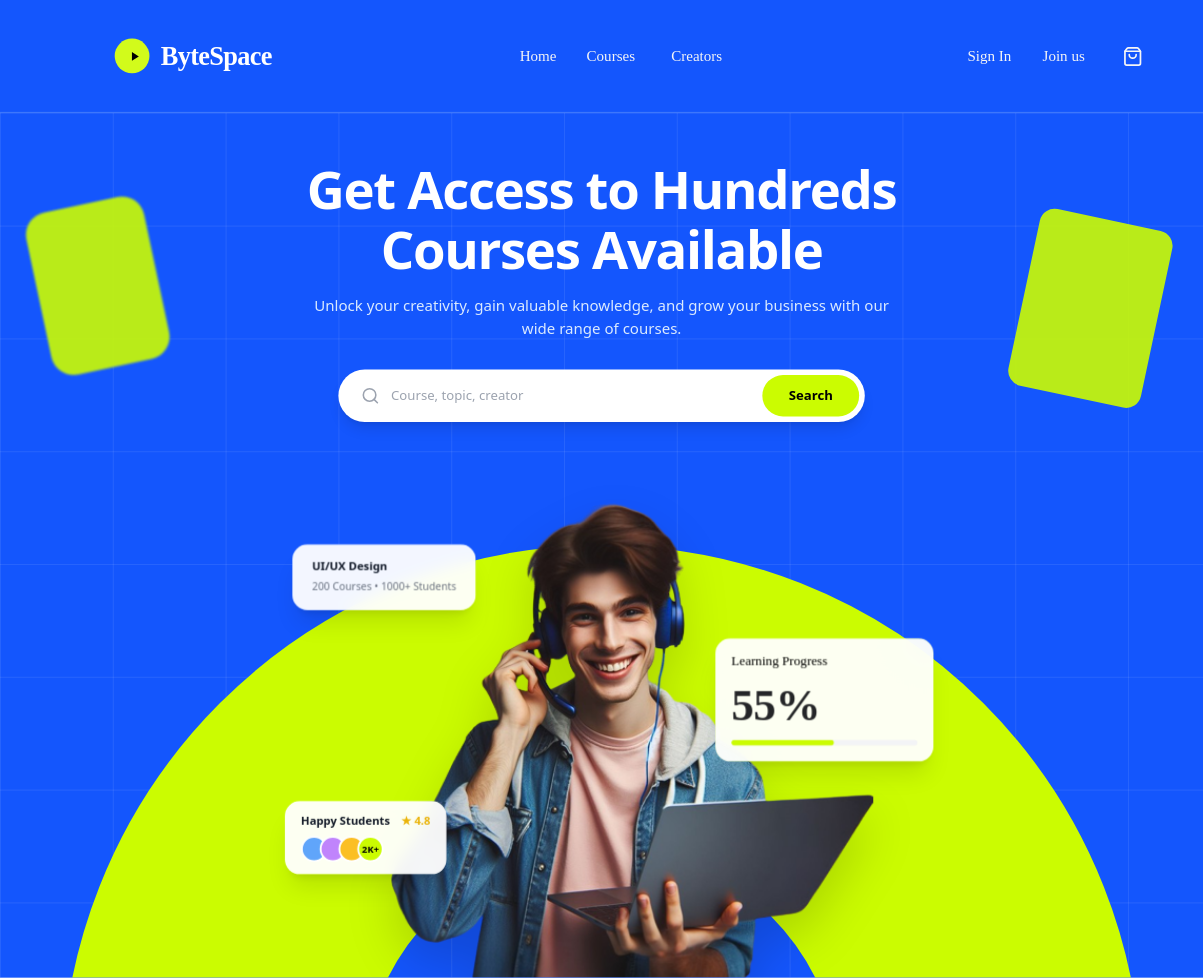
Repository: mdkawsarjomadder/bytespace
Page: /
The author's editor kept a copy of each file at every save. The page is drawn from the files as they stood at one save, then again after the next save.
The browser window is 1280 px wide. The pictures show the whole page, at 94% of full size.
Some web fonts or font styles are not loaded; a fallback is used. The project was rebuilt for these pictures with package versions that can differ from the ones it lists, and the page was loaded fresh each time. Also part of the build but not shown: vite.config.js.

Above is the page before, as saved 2026-09-29 18:49:02.

### index.html
<!doctype html>
<html lang="en">
  <head>
    <meta charset="UTF-8" />
    <link rel="icon" type="image/svg+xml" href="/favicon.svg" />
    <meta name="viewport" content="width=device-width, initial-scale=1.0" />
    <title>bytespace</title>
  </head>
  <body>
    <div id="root"></div>
    <script type="module" src="/src/main.jsx"></script>
    <link href="https://api.fontshare.com/v2/css?f[]=satoshi@400,500,700&display=swap" rel="stylesheet">
  </body>
</html>

### src/App.jsx
import React from 'react';
import Navbar from './components/Navbar';
import Hero from './components/Hero';

function App() {
  return (
    <div className="min-h-screen bg-gray-50 font-sans">
      <Navbar />
      <Hero />
    </div>
  );
}

export default App;

### src/components/Navbar.jsx
import React from 'react';
import { ShoppingBag } from 'lucide-react';

const Navbar = () => {
  return (
    <header className="w-full h-[120px] bg-[#1456fd] border-b border-blue-400/20 pl-[122px] pr-16 flex items-center justify-between relative z-50">
      {/* 1. Brand Logo (Figma Specs: 171px x 37px) */}
      <div
        className="w-[171px] h-[37px] flex items-center gap-3 cursor-pointer select-none"
        style={{ opacity: 1 }}
      >
        {/* Play Icon Logo */}
        <div className="w-[37px] h-[37px] rounded-full bg-[#d2fb1b] flex items-center justify-center shrink-0">
          <svg
            className="w-4 h-4 text-black fill-current translate-x-0.5"
            viewBox="0 0 24 24"
          >
            <path d="M8 5v14l11-7z" />
          </svg>
        </div>
        {/* Logo Text */}
        <span className="text-[28px] font-bold tracking-tight text-white leading-none font-['Satoshi']">
          ByteSpace
        </span>
      </div>

      {/* 2. Navigation Links */}
      <nav className="hidden md:flex items-center gap-8 font-['Satoshi']">
        <a
          href="#home"
          className="text-[#F5F5F6] text-[16px] leading-[160%] font-normal hover:text-[#d2fb1b] transition-colors"
        >
          Home
        </a>
        <a
          href="#courses"
          className="w-[58px] h-[26px] flex items-center text-[#F5F5F6] text-[16px] leading-[160%] font-normal hover:text-[#d2fb1b] transition-colors"
          style={{ opacity: 1 }}
        >
          Courses
        </a>
        <a
          href="#creators"
          className="text-[#F5F5F6] text-[16px] leading-[160%] font-normal hover:text-[#d2fb1b] transition-colors"
        >
          Creators
        </a>
      </nav>

      {/* 3. Action Buttons & Cart */}
      <div className="flex items-center gap-6 font-['Satoshi']">
        <button
          className="w-[49px] h-[24px] flex items-center justify-center text-[#F5F5F6] text-[16px] leading-[24px] font-normal hover:text-white/80 transition-colors"
          style={{ opacity: 1 }}
        >
          Sign In
        </button>
        <button
          className="h-[24px] px-2 flex items-center justify-center text-[#F5F5F6] text-[16px] leading-[24px] font-normal hover:text-white/80 transition-colors"
          style={{ opacity: 1 }}
        >
          Join us
        </button>
        <button className="text-[#F5F5F6] hover:text-[#d2fb1b] transition-colors flex items-center justify-center ml-2">
          <ShoppingBag size={22} strokeWidth={2} />
        </button>
      </div>
    </header>
  );
};

export default Navbar;

### src/components/Hero.jsx
import React from 'react';
import { Search } from 'lucide-react';
import One1 from '../assets/01.png';

const Hero = () => {
  return (
    <section className="relative w-full bg-[#1456fd] overflow-hidden pt-12 pb-0 text-white flex flex-col items-center justify-between min-h-[920px]">
      {/* 1. Background Grid Pattern */}
      <div className="absolute inset-0 bg-[linear-gradient(to_right,#ffffff15_1px,transparent_1px),linear-gradient(to_bottom,#ffffff15_1px,transparent_1px)] bg-[size:120px_120px] pointer-events-none" />

      {/* 2. Ellipse 7 Background Ring */}
      <div
        className="absolute rounded-full pointer-events-none z-0"
        style={{
          width: '1149px',
          height: '1149px',
          top: '460px',
          left: '50%',
          transform: 'translateX(-50%)',
          border: '320px solid #CBFC01',
          boxSizing: 'border-box',
        }}
      />

      {/* 3. Decorative 3D Elements */}
      <div className="absolute left-10 top-24 w-32 h-44 bg-[#CBFC01] rounded-3xl opacity-90 blur-[1px] transform -rotate-12 pointer-events-none hidden lg:block" />
      <div className="absolute right-12 top-28 w-36 h-48 bg-[#CBFC01] rounded-2xl opacity-90 transform rotate-12 pointer-events-none hidden lg:block" />

      {/* 4. Top Area: Title + Subtitle + Search Bar */}
      <div className="relative z-10 w-full max-w-[1200px] mx-auto px-4 flex flex-col items-center text-center">
        <h1 className="text-4xl md:text-[56px] font-bold tracking-tight text-white leading-[1.15] max-w-[900px]">
          Get Access to Hundreds <br /> Courses Available
        </h1>

        <p className="mt-4 text-sm md:text-base text-blue-100 max-w-[650px] font-normal leading-relaxed">
          Unlock your creativity, gain valuable knowledge, and grow your business with our wide range of courses.
        </p>

        {/* Search Bar */}
        <div className="mt-8 w-full max-w-[560px] bg-white rounded-full p-1.5 pl-6 flex items-center shadow-lg justify-between gap-3">
          <div className="flex items-center gap-3 w-full">
            <Search className="w-5 h-5 text-gray-400 shrink-0" />
            <input
              type="text"
              placeholder="Course, topic, creator"
              className="w-full bg-transparent text-gray-800 placeholder-gray-400 focus:outline-none text-sm font-medium"
            />
          </div>
          <button className="bg-[#CBFC01] hover:bg-[#b5e200] text-black font-semibold text-sm px-7 py-3 rounded-full transition-all duration-200 shrink-0 cursor-pointer">
            Search
          </button>
        </div>
      </div>

      {/* 5. Hero Visual Area */}
      <div className="relative w-full max-w-[578px] h-[541px] flex justify-center items-end z-10 mt-auto">

        {/* Main Student Image */}
        <img
          src={One1}
          alt="Student Learning"
          className="w-[578px] h-[541px] object-contain block select-none pointer-events-none drop-shadow-2xl"
        />

        {/* Floating Card: UI/UX Design (Top Left) */}
        <div className="absolute -left-10 top-[80px] z-20 bg-white/95 backdrop-blur text-black p-3.5 px-5 rounded-2xl shadow-xl border border-white/20">
          <span className="text-xs font-bold text-gray-900 block">UI/UX Design</span>
          <span className="text-[11px] text-gray-500 font-medium">200 Courses • 1000+ Students</span>
        </div>

        {/*Learning Progress And 55 */}
        <div className="absolute -right-16 top-[180px] z-20 w-[232px] h-[131px] p-4 rounded-[16px] bg-white/95 backdrop-blur-[20px] shadow-xl flex flex-col justify-between border border-white/20">
          <span className="font-['Satoshi'] font-medium text-[14px] leading-[120%] tracking-[0%] text-black">
            Learning Progress
          </span>

          <span className="w-[96px] h-[58px] font-['Poppins'] font-semibold text-[48px] leading-[120%] tracking-[-0.01em] text-[#242528] flex items-center">
            55%
          </span>

          <div className="w-full bg-gray-100 h-1.5 rounded-full overflow-hidden">
            <div className="bg-[#CBFC01] h-full w-[55%] rounded-full" />
          </div>
        </div>

        {/* Floating Card: Happy Students (Bottom Left) */}
        <div className="absolute -left-12 bottom-[110px] z-20 bg-white/95 backdrop-blur text-black p-3 px-4 rounded-2xl shadow-xl border border-white/25">
          <div className="flex items-center justify-between gap-3 mb-2">
            <span className="text-xs font-bold text-gray-900">Happy Students</span>
            <span className="text-xs font-semibold text-yellow-500">★ 4.8</span>
          </div>
          <div className="flex items-center -space-x-2">
            <div className="w-7 h-7 rounded-full bg-blue-400 border-2 border-white"></div>
            <div className="w-7 h-7 rounded-full bg-purple-400 border-2 border-white"></div>
            <div className="w-7 h-7 rounded-full bg-amber-400 border-2 border-white"></div>
            <div className="w-7 h-7 rounded-full bg-[#CBFC01] border-2 border-white flex items-center justify-center text-[10px] font-bold text-black">
              2K+
            </div>
          </div>
        </div>

      </div>
    </section>
  );
};

export default Hero;

Loaded but not shown: src/main.jsx (common file); src/index.css (common file); tailwind.config.js (common file)

After the next save:
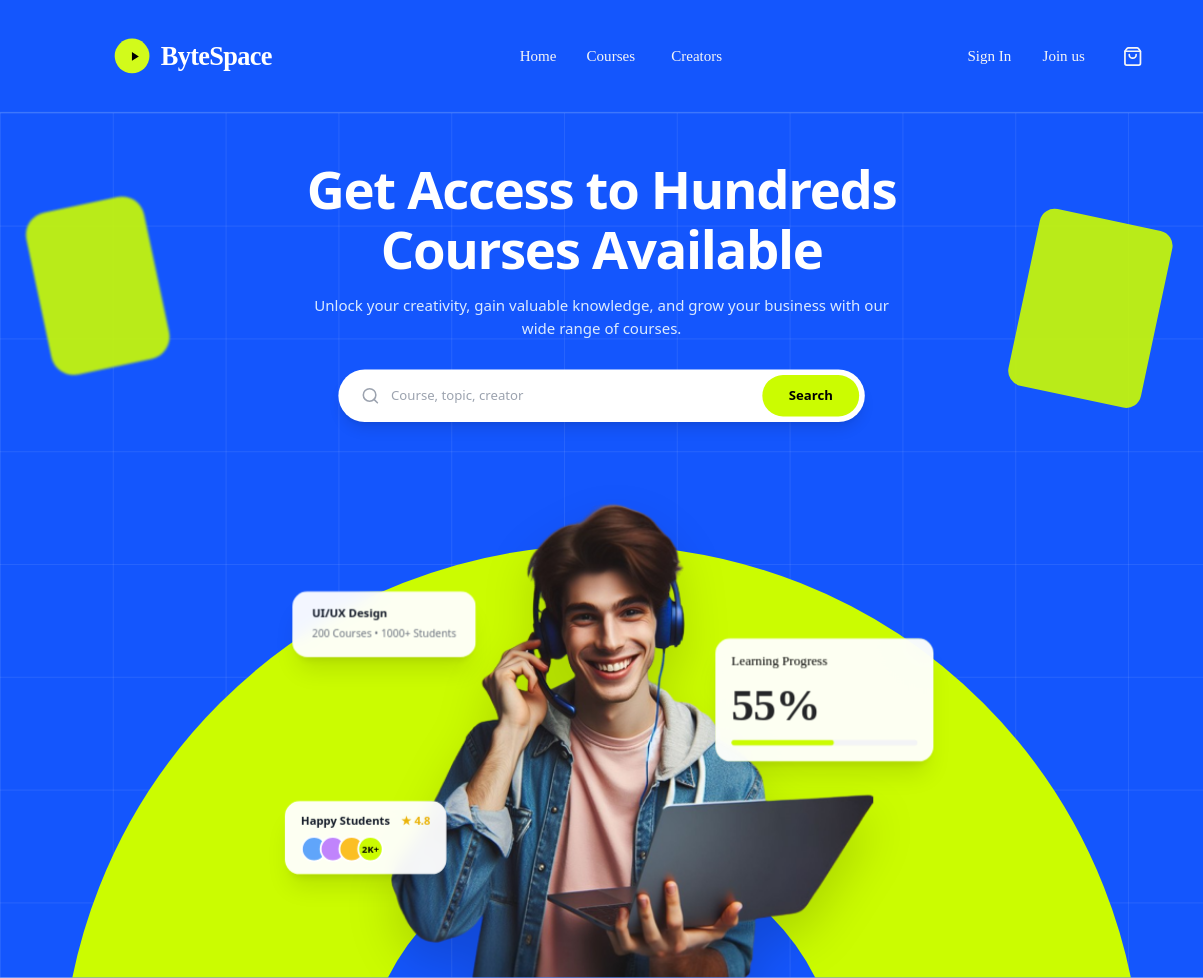
Saved 7 s later.
--- a/src/components/Hero.jsx
+++ b/src/components/Hero.jsx
@@ -63,7 +63,7 @@ const Hero = () => {
         />
 
         {/* Floating Card: UI/UX Design (Top Left) */}
-        <div className="absolute -left-10 top-[80px] z-20 bg-white/95 backdrop-blur text-black p-3.5 px-5 rounded-2xl shadow-xl border border-white/20">
+        <div className="absolute -left-10 top-[130px] z-20 bg-white/95 backdrop-blur text-black p-3.5 px-5 rounded-2xl shadow-xl border border-white/20">
           <span className="text-xs font-bold text-gray-900 block">UI/UX Design</span>
           <span className="text-[11px] text-gray-500 font-medium">200 Courses • 1000+ Students</span>
         </div>
